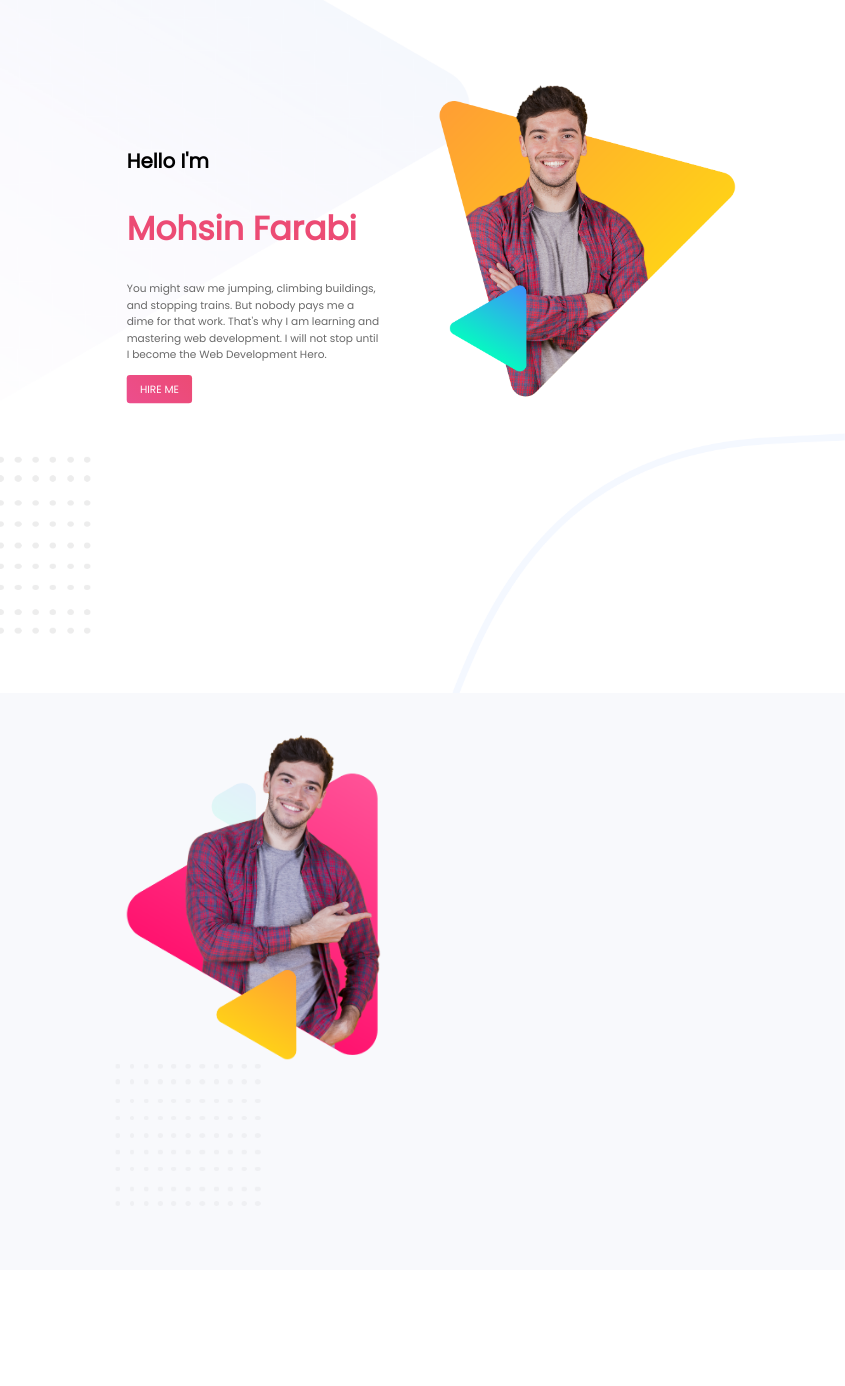
Repository: mohsinfarabi/personal-website
Page: index.html
An editor plug-in stored every save of this project. The page is shown before and after the next save, followed by the edit.
The browser window is 1280 px wide. The pictures show the whole page, at 66% of full size.

Above is the page before, as saved 2020-07-01 15:51:47.

### index.html
<!DOCTYPE html>
<html lang="en">

<head>
    <meta charset="UTF-8">
    <meta name="viewport" content="width=device-width, initial-scale=1.0">
    <link href="https://fonts.googleapis.com/css2?family=Poppins" rel="stylesheet">
    <link rel="stylesheet" href="style.css">
    <title>Farabi - Web Developer</title>
</head>

<body>
    <section class="header-banner">
        <div class="half-width half-width-content">
            <h3>Hello I'm</h3>
            <h2>Mohsin Farabi</h2>
            <p>You might saw me jumping, climbing buildings, and stopping trains. But nobody pays me a dime for that work. That's why I am learning and mastering web development. I will not stop until I become the Web Development Hero.</p>
            <a class="link-button" target="_blank" href="https://www.linkedin.com/in/mohsin-farabi-68655040/">HIRE ME</a>
        </div>

        <div class="img-width">
            <img src="images/peter.png" alt="">
        </div>
    </section>
    <section class="biography">
        <div class="half-width">
            <img src="images/peter_dream.png" alt="">
        </div>
        <div class="half-width">

        </div>
    </section>



</body>

</html>

### style.css
body {
    margin: 0;
    font-family: 'Poppins', sans-serif;
    width: 100%;
    height: 100%;
}

h2 {
    font-size: 50px;
    color: #ec4b74;
}

h3 {
    font-size: 30px;
}

p {
    color: dimgray;
    margin-bottom: 7%;
}

.half-width {
    width: 30%;
    float: left;
    margin-left: 10%;
    padding: 5%;
}

.half-width-content {
    padding-top: 15%;
}

.half-width img {
    width: 100%;
    height: 100%;
}

.img-width {
    width: 35%;
    float: left;
    margin-left: 2%;
    margin-top: 10%;
    padding-left: 0;
}

.img-width img {
    width: 100%;
    height: 100%;
}

section {
    height: 900px;
    padding-bottom: 150px;
}

.link-button {
    text-decoration: none;
    background-image: linear-gradient(45deg, #ec4e8d, #ec4b74);
    padding: 10px 20px;
    border-radius: 5px;
    color: white;
    font-weight: 400;
}

.header-banner {
    background-image: url("images/header-bg.png");
    background-repeat: no-repeat;
}

.biography {
    background-image: url("images/biography-bg.png");
    background-repeat: no-repeat;
}

.latest-work {
    background-image: url("images/latest-work-bg.png");
    background-repeat: no-repeat;
}

After the next save:
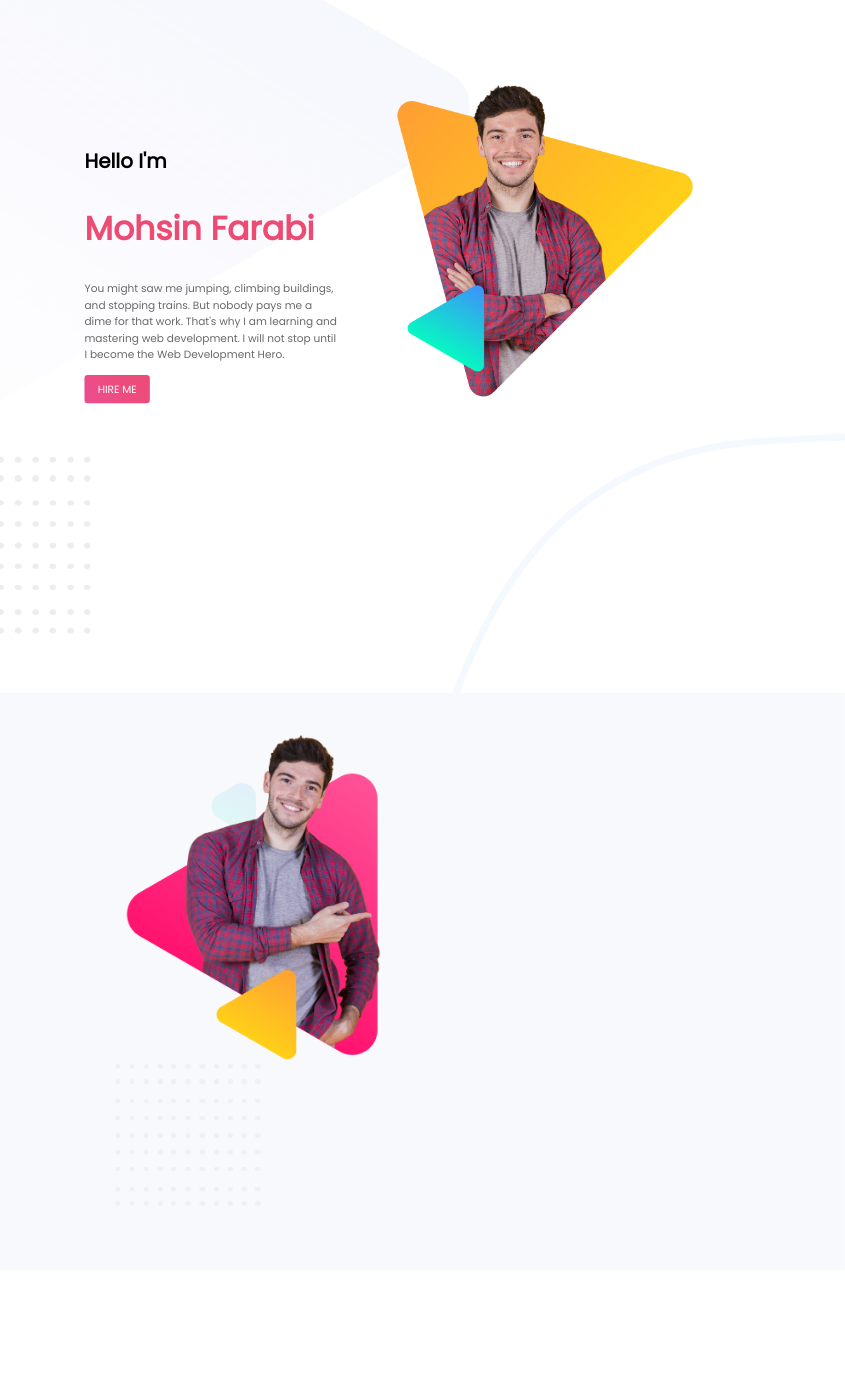
Saved 25 s later.
--- a/style.css
+++ b/style.css
@@ -28,6 +28,7 @@
 
 .half-width-content {
     padding-top: 15%;
+    margin-left: 5%;
 }
 
 .half-width img {

After the save that followed:
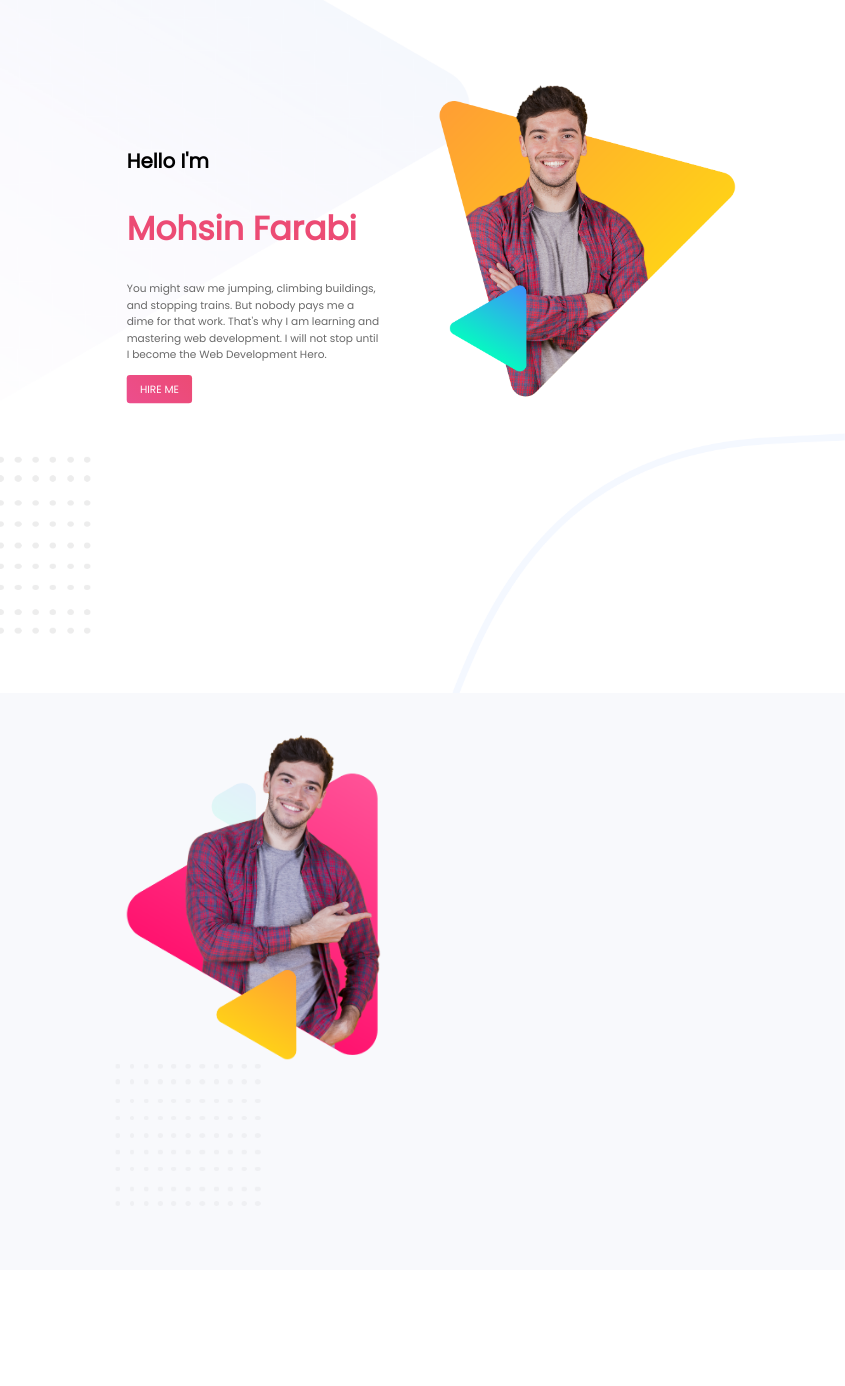
Saved 46 s later.
--- a/style.css
+++ b/style.css
@@ -28,7 +28,7 @@
 
 .half-width-content {
     padding-top: 15%;
-    margin-left: 5%;
+    margin-left: 10%;
 }
 
 .half-width img {
